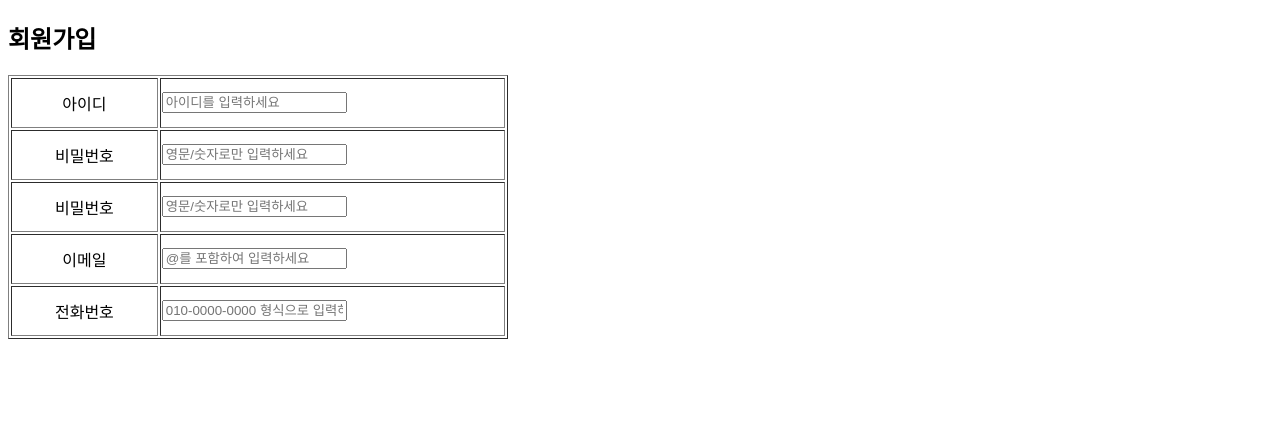
Repository: kkw3202/Jsp2026
Page: http://localhost/chapter01/Request/RequsetJoin.jsp
These files come from the project's save history. The page is drawn as it stood at one moment and after the next save; the edit follows.
The browser window is 1280 px wide. The pictures show the whole page.
The page is served by Tomcat 9.

Above is the page before, as saved 2026-10-19 06:37:40.

### chapter01/src/main/webapp/Request/RequsetJoin.jsp
<%@ page language="java" contentType="text/html; charset=UTF-8"
    pageEncoding="UTF-8" import="java.util.*"%>
<!DOCTYPE html>
<html>
<head>
<meta charset="UTF-8">
<title>회원가입</title>
</head>
<body>
<div class="container">
		<h2>회원가입</h2>
		<form action="RequestJoinProc.jsp" method="post">
			<table width="500" border="1">
				<tr height="50">
					<td align="center" width="150">아이디</td>
					<td width="350">
						<input type="text" name="id" placeholder="아이디를 입력하세요"/>
					</td>
				</tr>
				<tr height="50">
					<td align="center" width="150">비밀번호</td>
					<td width="350">
						<input type="password" name="pass" placeholder="영문/숫자로만 입력하세요"/>
					</td>
				</tr>
				<tr height="50">
					<td align="center" width="150">비밀번호</td>
					<td width="350">
						<input type="password" name="passchk" placeholder="영문/숫자로만 입력하세요"/>
					</td>
				</tr>
				<tr height="50">
					<td align="center" width="150">이메일</td>
					<td width="350">
						<input type="email" name="email" placeholder="@를 포함하여 입력하세요"/>
					</td>
				</tr>
				<tr height="50">
					<td align="center" width="150">전화번호</td>
					<td width="350">
						<input type="tel" name="tel" placeholder="010-0000-0000 형식으로 입력하세요"/>
					</td>
				</tr>
			</table>
		</form>

	</div>
</body>
</html>

After the next save:
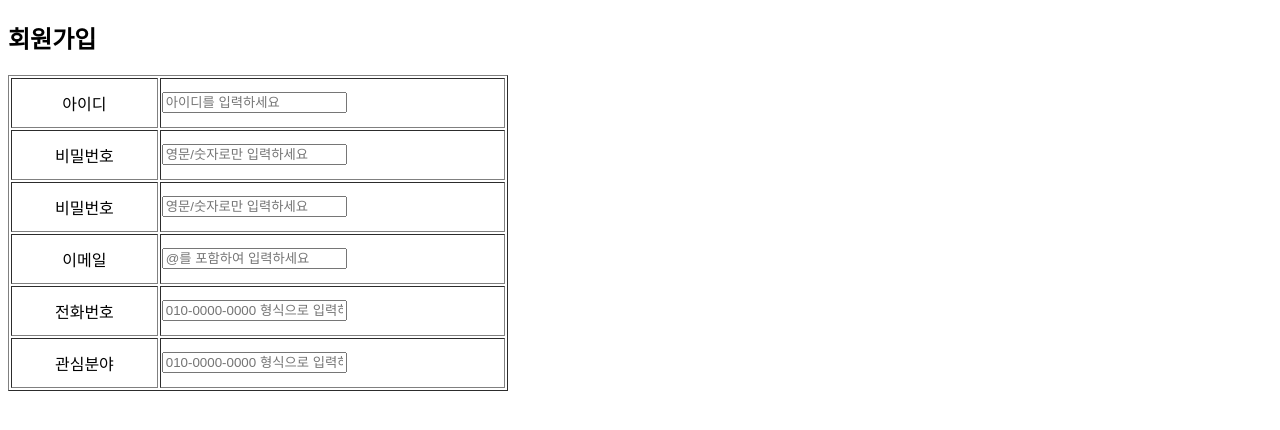
Saved 27 s later.
--- a/chapter01/src/main/webapp/Request/RequsetJoin.jsp
+++ b/chapter01/src/main/webapp/Request/RequsetJoin.jsp
@@ -41,6 +41,12 @@
 						<input type="tel" name="tel" placeholder="010-0000-0000 형식으로 입력하세요"/>
 					</td>
 				</tr>
+				<tr height="50">
+					<td align="center" width="150">관심분야</td>
+					<td width="350">
+						<input type="tel" name="tel" placeholder="010-0000-0000 형식으로 입력하세요"/>
+					</td>
+				</tr>
 			</table>
 		</form>
 
